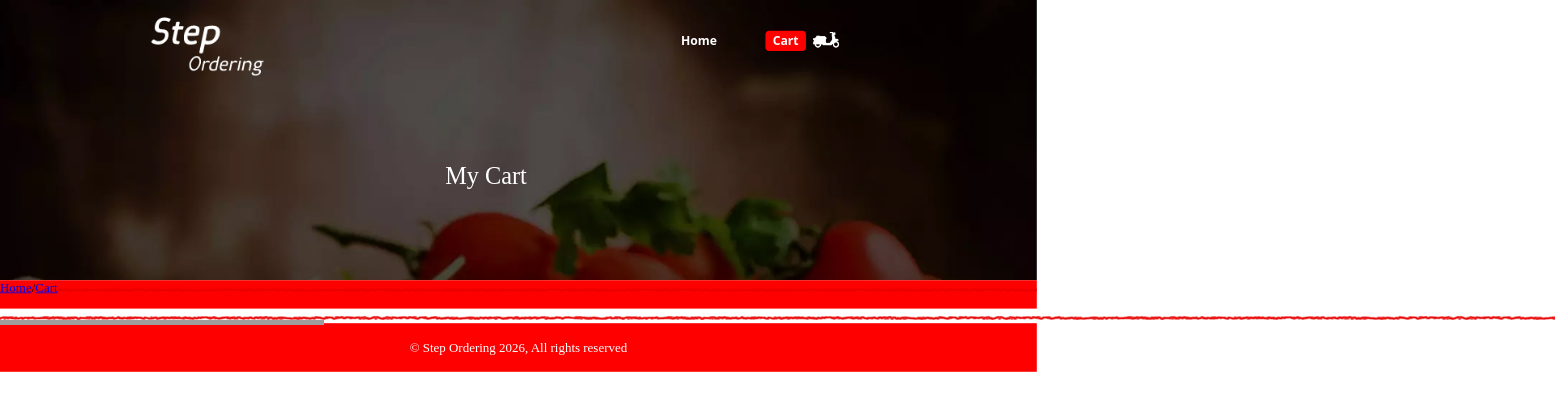
Repository: anastasia29-step/OnlineRestaurant
Page: Cart.html
The author's editor kept a copy of each file at every save. The page is drawn from the files as they stood at one save, then again after the next save.
The browser window is 1280 px wide. The page is 1920 px wide, then 1280 px, so the pictures cover 1920 px, including what lies to the right of the window. The pictures show the whole page, at 81% of full size.
Pictures or frames that could not be fetched are drawn as grey boxes.

Above is the page before, as saved 2026-03-11 20:28:03.

### Cart.html
<!DOCTYPE html>
<html lang="en">
<head>
    <meta charset="UTF-8">
    <meta name="viewport" content="width=device-width, initial-scale=1.0">
    <title>Document</title>
    <link rel="stylesheet" href="./cart.css">
    <link rel="stylesheet" href="./style.css">
</head>
<body>
    <section class="FirstLine">

        <div class="beside" id="navbar">
            <div class="left">
                <a href="./index.html"><img src="./photo/logo.png" alt=""></a>
            </div>

            <div class="right">
                <a href="./index.html">Home</a>
                <a href="./Cart.html" class="a">Cart</a>
                <a href="./Cart.html">
                    <img src="./photo/istockphoto-609074524-612x612 Background Removed.png" alt=""></a>
            </div>
        </div>

        <div class="bottom">
            <h1>My Cart</h1>
        </div>

    </section>

        <img src="./photo/border.png" alt="" class="firBorder">
    <section class="SecondLine">
        <a href="./index.html">Home</a>
        <p>/</p>
        <a href="./Cart.html">Cart</a>
    </section>
        <img src="./photo/border.png" alt="" class="Secborder">


    <footer>
            <p>© Step Ordering 2026, All rights reserved</p>
    </footer>
</body>
</html>

### cart.css
* {
    margin: 0;
    padding: 0;
    box-sizing: border-box;
}

section.SecondLine {
    background-color: #FF0000;
    height: 35px;
    display: flex;
    width: 100%;
    margin-top: -18px;
}

img.firBorder {
    width: 100%;
    height: 5px;
    margin-top: -135px;
}

### style.css
* {
    margin: 0;
    padding: 0;
    box-sizing: border-box;
}

.section {
    display: flex;
    flex-direction: column;
    justify-content: center;
    align-items: center;
    padding: 60px;
    gap: 10px;
}

section.section img {
    width: 80%;
    height: 5px;
    display: flex;
    justify-content: center;
    align-items: center;
}

.section h1 {
    font-style: bold;
    font-family: "Roboto Slab", serif;
    font-weight: 900;
}

ul {
    display: flex;
    justify-content: center;
    height: 80px;
    flex-wrap: wrap;
    list-style: none;
    font-weight: 400;
    gap: 18px;
    font-family: system-ui, -apple-system, BlinkMacSystemFont, 'Segoe UI', Roboto, Oxygen, Ubuntu, Cantarell, 'Open Sans', 'Helvetica Neue', sans-serif;
    align-items: center;
    margin-bottom: -12px;
}

ul::after {
    content: "";
    display: block;
    height: 6px;
    background-image: url("border.png");
    background-repeat: repeat-x;
    background-position: bottom;
}

.FirstLine {
    height: 48vh;
    background-image: url(./photo/inner_banner.jpg);
    background-position: center;
    background-repeat: no-repeat;
    background-size: cover;
    padding-left: 170px;
    padding-top: 20px;
}

.beside {
    position: fixed;
    top: 0;
    left: 0;
    width: 100%;
    display: flex;
    justify-content: space-between;
    padding: 20px 170px;
    transition: 0.3s;
    z-index: 1000;
}

.beside.active {
    background: rgba(5, 5, 5, 0.8);
}

.beside.active::after {
    content: "";
    position: absolute;
    bottom: 0;
    left: 0;
    width: 100%;
    height: 100px;
    background-image: url("photo/border.png");
    background-repeat: repeat-x;
    content: "";
    position: absolute;
    bottom: 0;
    left: 0;
    width: 100%;
    height: 5px;
    background-image: url("photo/border.png");
    background-repeat: repeat-x;
}

.beside .right {
    display: flex;
    gap: 20px;
    padding-right: 60px;
    padding-top: 20px;
}

.FirstLine .right :first-child:hover {
    color: #FFCC00;
}

.beside .right a {
    text-decoration: none;
    color: white;
    font-family: system-ui, -apple-system, BlinkMacSystemFont, 'Segoe UI', Roboto, Oxygen, Ubuntu, Cantarell, 'Open Sans', 'Helvetica Neue', sans-serif;
    font-size: 15px;
    font-weight: 700;
}

.beside .right .a {
    background-color: red;
    width: 50px;
    height: 25px;
    padding-top: 2px;
    text-align: center;
    border-radius: 5px;
    margin-top: -2px;
    margin-left: 40px;
}

.beside .right .a:hover+a img {
    transform: translateX(50px);
}

.beside .right img {
    width: 60px;
    margin-top: -21px;
    margin-left: -25px;
    transition: transform 3.0s;
}

.FirstLine .bottom h1 {
    text-align: center;
    color: white;
    margin-top: 180px;
    margin-right: 250px;
    font-size: 30px;
    font-weight: 500;
    font-family: "Roboto Slab", serif;
}

.section h1 {
    font-weight: 500;
    font-size: 35px;
}

ul li {
    height: 100%;
    font-size: 20px;
    cursor: pointer;
    transition: 0.5s;
    display: flex;
    flex-wrap: wrap;
    justify-content: center;
    align-items: center;
    padding: 5px;
    position: relative;
}

ul li:hover {
    background-color: red;
    color: white;
    position: relative;

}

ul li:hover::after {
    position: absolute;
    left: 0;
    right: 0;
    top: -4px;
    margin: auto;
    content: "";
    background: url(https://restaurant.stepprojects.ge/images/copyright_border.png);
    width: 100%;
    height: 6px;
    background-repeat: no-repeat;
}

ul li:hover::before {
    position: absolute;
    content: "";
    left: -4px;
    bottom: 0;
    top: 0;
    margin: auto;
    background: url(/photo/hover_Vbg.png);
    width: 6px;
}

.sectionCard {
    display: flex;
    width: 100%;
    padding: 60px;
    margin-top: -140px;
    justify-content: center;
}

.leftSide {
    width: 30%;
    padding: 40px;
    margin-left: 50px;
}

.filteredCard {
    width: 250px;
    height: 390px;
    display: flex;
    flex-direction: column;
    justify-content: space-between;
    align-items: center;
    padding: 20px;
    padding-bottom: 20px;
    background-color: #F1F1F1;
    border: 1px solid rgb(174, 172, 172);
    border-radius: 5px;
    font-family: system-ui, -apple-system, BlinkMacSystemFont, 'Segoe UI', Roboto, Oxygen, Ubuntu, Cantarell, 'Open Sans', 'Helvetica Neue', sans-serif;
    font-size: 18px;
    margin-left: 50px;

}

.filteredCard p {
    margin-top: -5px;
    margin-bottom: 10px;
}

.first {
    display: flex;
    width: 100%;
    justify-content: space-between;
}

.next {
    display: flex;
    align-items: center;
    text-align: center;
    width: 200px;
    height: 40px;
    gap: 10px;
    margin-top: -30px;
    margin-bottom: -10px;
}

.next .check {
    width: 20px;
    height: 20px;
    cursor: pointer;
    appearance: none;
    border: 2px solid grey;
    border-radius: 2px;
}
.next .check:checked {
    background-color: red;
    border: 2px solid red;
}
.next .check:checked::after {
    content: "✔";
    color: white;
    font-size: 14px;
    display: flex;
    justify-content: center;
    align-items: center;
}

.check:hover {
    border: 2px solid black;
}

.next p {
    font-size: 15px;
    margin-top: 5px;
}

.filteredCard button {
    height: 45px;
    width: 210px;
    background-color: #FF0000;
    color: white;
    border: none;
    border-radius: 5px;
    cursor: pointer;
    transition: 0.5s;
    font-size: 16px;
    font-family: system-ui, -apple-system, BlinkMacSystemFont, 'Segoe UI', Roboto, Oxygen, Ubuntu, Cantarell, 'Open Sans', 'Helvetica Neue', sans-serif;
    font-weight: 800;
}

.reset {
    margin-bottom: 25px;
}

.range {
    width: 90%;
    appearance: none;
    -webkit-appearance: none;
    margin-top: -40px;
}

.range::-webkit-slider-runnable-track {
    height: 10px;
    background: #FF0000;
    border-radius: 10px;
}

.range::-webkit-slider-thumb {
    appearance: none;
    -webkit-appearance: none;
    width: 20px;
    height: 20px;
    background-color: white;
    border-radius: 50%;
    border: 1px solid grey;
    cursor: pointer;
    margin-top: -6px;
}

.range::-moz-range-track {
    height: 6px;
    background-color: red;
    border-radius: 10px;
}

.range::-moz-range-thumb {
    width: 18px;
    height: 18px;
    background-color: white;
    border-radius: 50%;
    cursor: pointer;
}


.filteredCard button:hover {
    background-color: #FFCC00;
}

.rightSide {
    display: flex;
    justify-content: center;
    flex-wrap: wrap;
    padding: 40px;
    gap: 25px;
    margin-left: -150px;
}

.card {
    width: 250px;
    height: 420px;
    display: flex;
    flex-direction: column;
    align-items: center;
    justify-content: space-between;
    padding-bottom: 15px;
    border: 2px solid #CFCFCF;
    border-radius: 17px;
    cursor: pointer;
    transition: 0.5s;
    position: relative;
}

.card:hover {
    box-shadow: 0 0 20px black;
}
.card img {
    width: 100%;
    height: 202px;
    object-fit: cover;
    margin-top: -2px;
    border-top-left-radius: 17px;
    border-top-right-radius: 17px;
    background-color: #CFCFCF;
}

.card h1 {
    font-size: 20px;
    font-family: system-ui, -apple-system, BlinkMacSystemFont, 'Segoe UI', Roboto, Oxygen, Ubuntu, Cantarell, 'Open Sans', 'Helvetica Neue', sans-serif;
}

.sides {
    display: flex;
    justify-content: center;
    gap: 7px;
}

.checks {
    display: flex;
    gap: 3px;
}

.card .bottom {
    width: 100%;
    padding: 10px;
    display: flex;
    justify-content: space-between;
    align-items: center;
}

.card .bottom button {
    height: 38px;
    width: 104px;
    display: flex;
    justify-content: center;
    align-items: center;
    border: 2px double rgb(26, 26, 26);
    background-color: transparent;
    transition: 0.5s;
    cursor: pointer;
    position: relative;
}

.card .bottom button::before {
    content: "";
    top: -3px;
    left: -4px;
    position: absolute;
    background: url(/photo/bt_border.png);
    width: 108px;
    height: 42px;
}

.card .bottom button:hover {
    background-color: #FF0000;
    color: white;
    border: none;
}

.card .bottom button:hover::before {
    content: "";
    top: -3px;
    left: -4px;
    position: absolute;
    background: url(/photo/bt_hoverborder.png);
    width: 108px;
    height: 42px;
}

footer {
    background-color: #FF0000;
    height: 60px;
    width: 1200px;
    display: flex;
    justify-content: center;
    align-items: center;
    text-align: center;
    color: white;
    position: relative;
    float: left;
    width: 100%;
    padding: 18px;

}

footer::after {
    position: absolute;
    left: 0;
    right: 0;
    top: -4px;
    margin: auto;
    content: "";
    background: url(https://restaurant.stepprojects.ge/images/copyright_border.png);
    width: 100%;
    height: 6px;
    background-repeat: no-repeat;
}

After the next save:
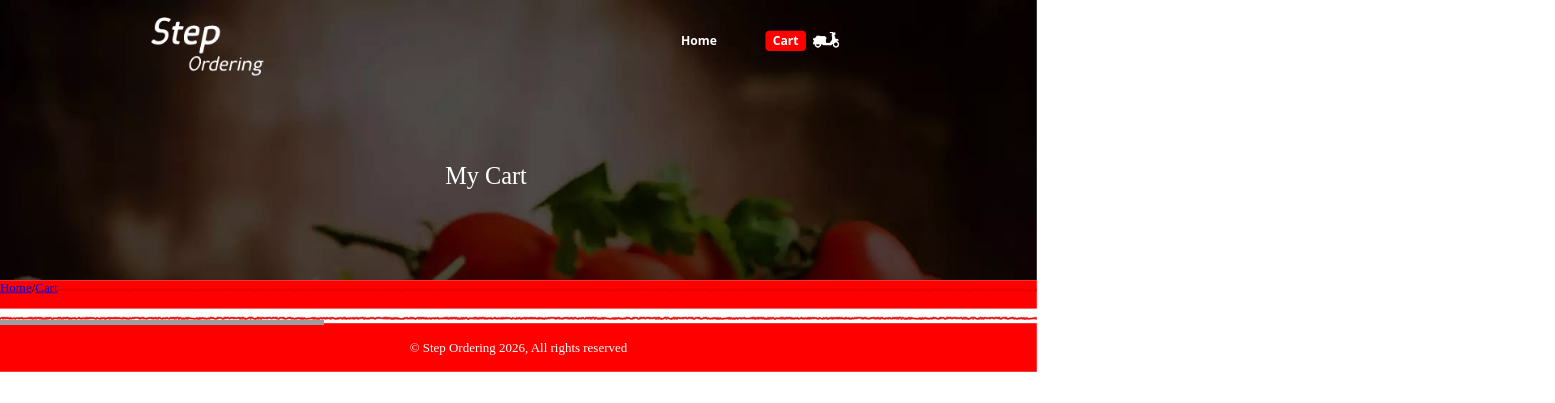
Saved 54 s later.
--- a/Cart.html
+++ b/Cart.html
@@ -29,13 +29,19 @@
 
     </section>
 
+    <div class="fisrtimg">
         <img src="./photo/border.png" alt="" class="firBorder">
+    </div>
+
     <section class="SecondLine">
         <a href="./index.html">Home</a>
         <p>/</p>
         <a href="./Cart.html">Cart</a>
     </section>
-        <img src="./photo/border.png" alt="" class="Secborder">
+
+    <div class="fisrtimg">
+        <img src="./photo/border.png" alt="" class="firBorder">
+    </div>
 
 
     <footer>
